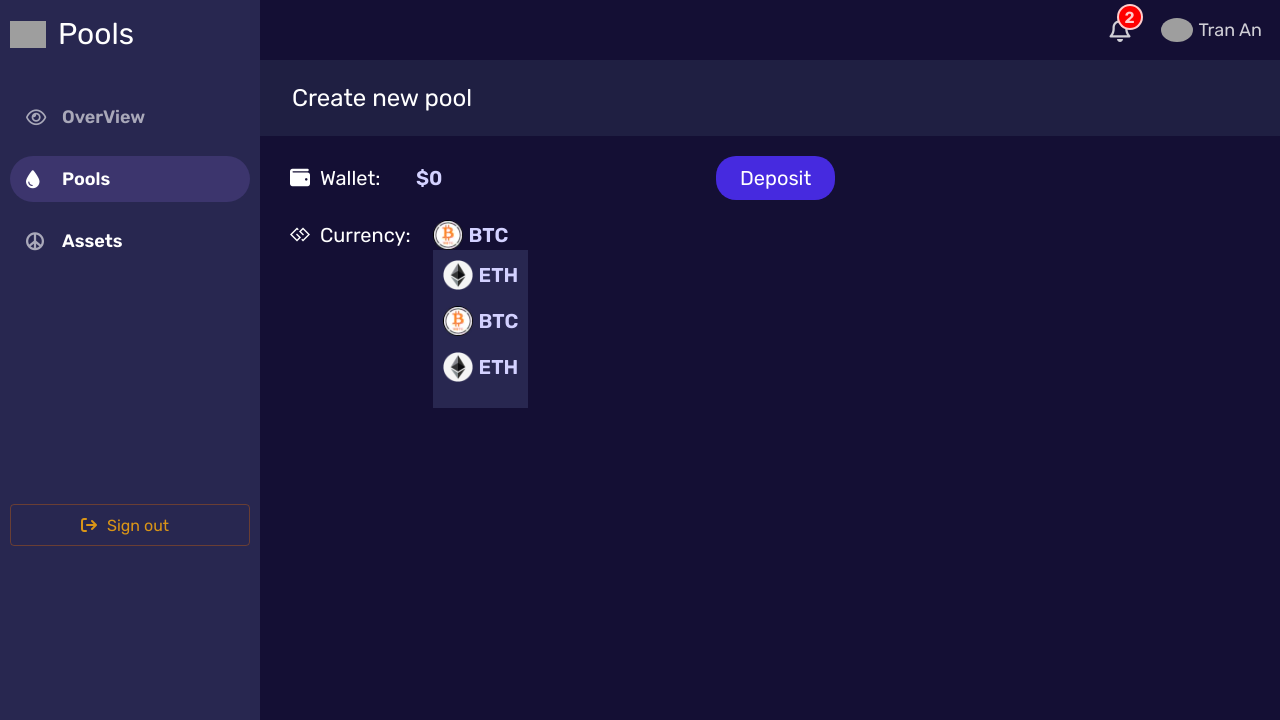
Repository: quynh232000/pools
Page: pool/create-pool.html
These files come from the project's save history. The page is drawn as it stood at one moment and after the next save; the edit follows.
The browser window is 1280 px wide. The pictures show the whole page.
Pictures or frames that could not be fetched are drawn as grey boxes.

Above is the page before, as saved 2023-07-14 00:36:23.

After the next save:
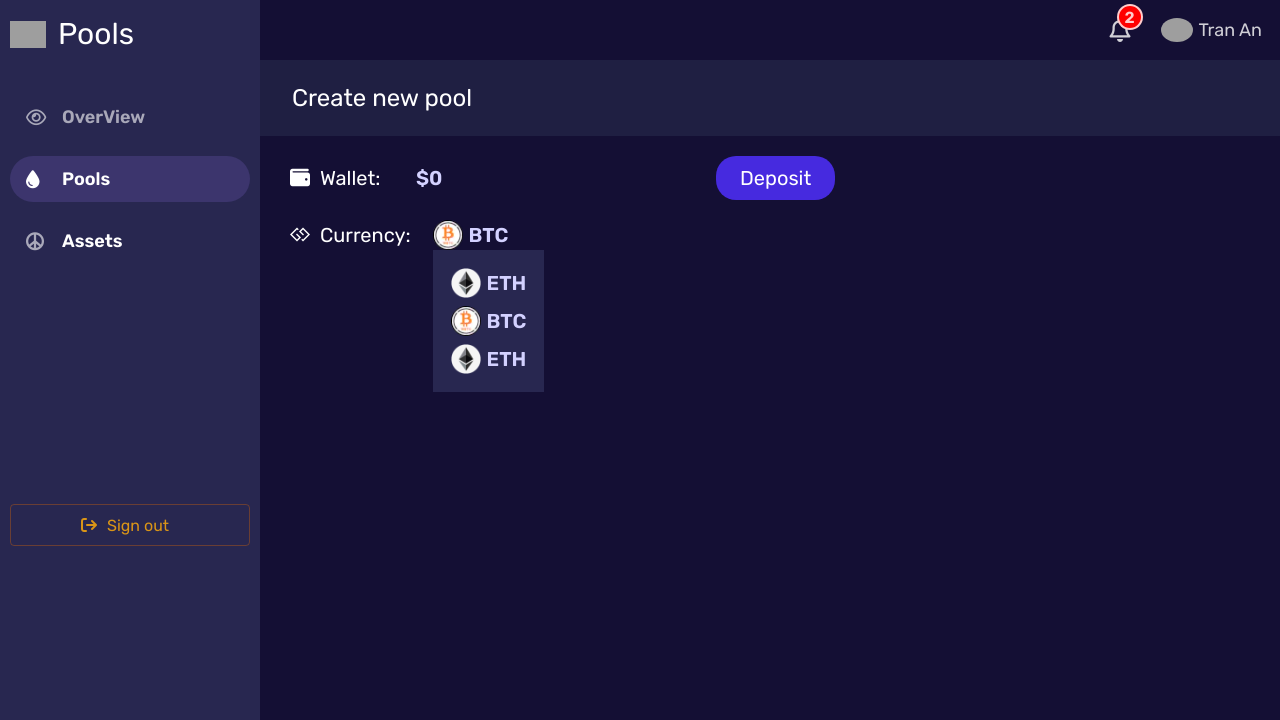
Saved 13 s later.
--- a/src/css/create-pool.css
+++ b/src/css/create-pool.css
@@ -57,5 +57,5 @@
     padding: 10px;
 }
 .type-money-more .type-money-item{
-    margin-bottom: 16px;
+    margin: 8px;
 }
